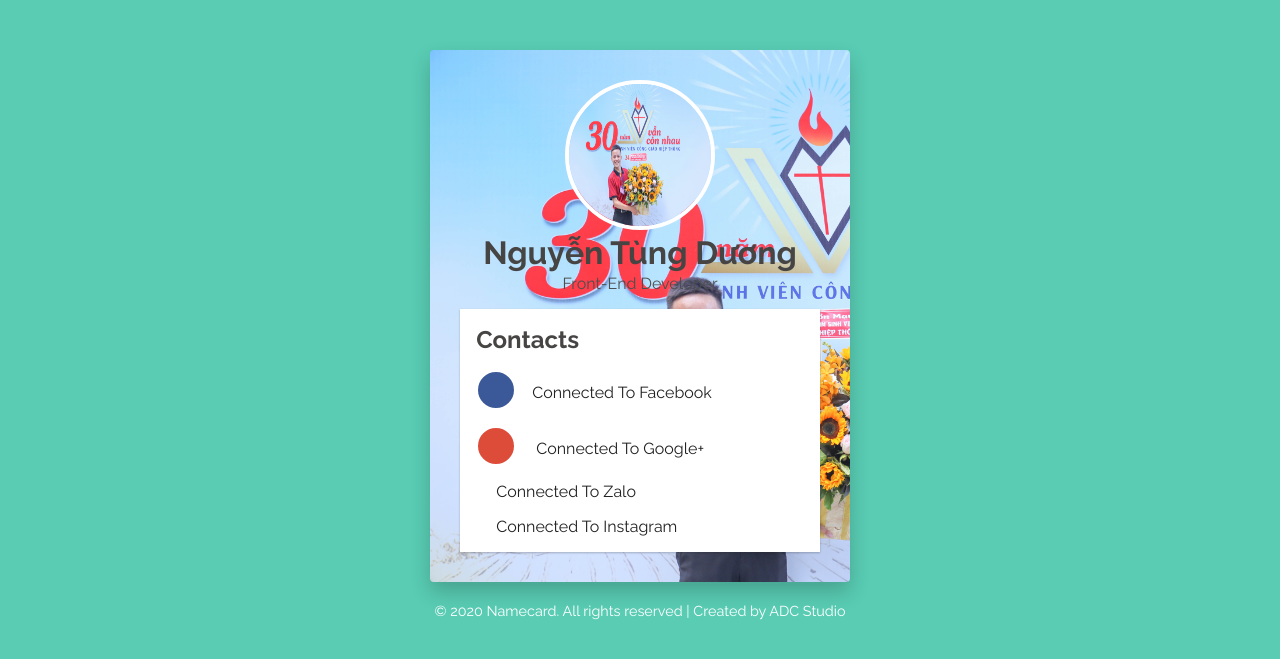
Repository: DuongTungNguyen0899/Card_Duong.github.io
Page: index.html
An editor plug-in stored every save of this project. The page is shown before and after the next save, followed by the edit.
The browser window is 1280 px wide. The pictures show the whole page.

Above is the page before, as saved 2021-06-27 17:17:42.

After the next save:
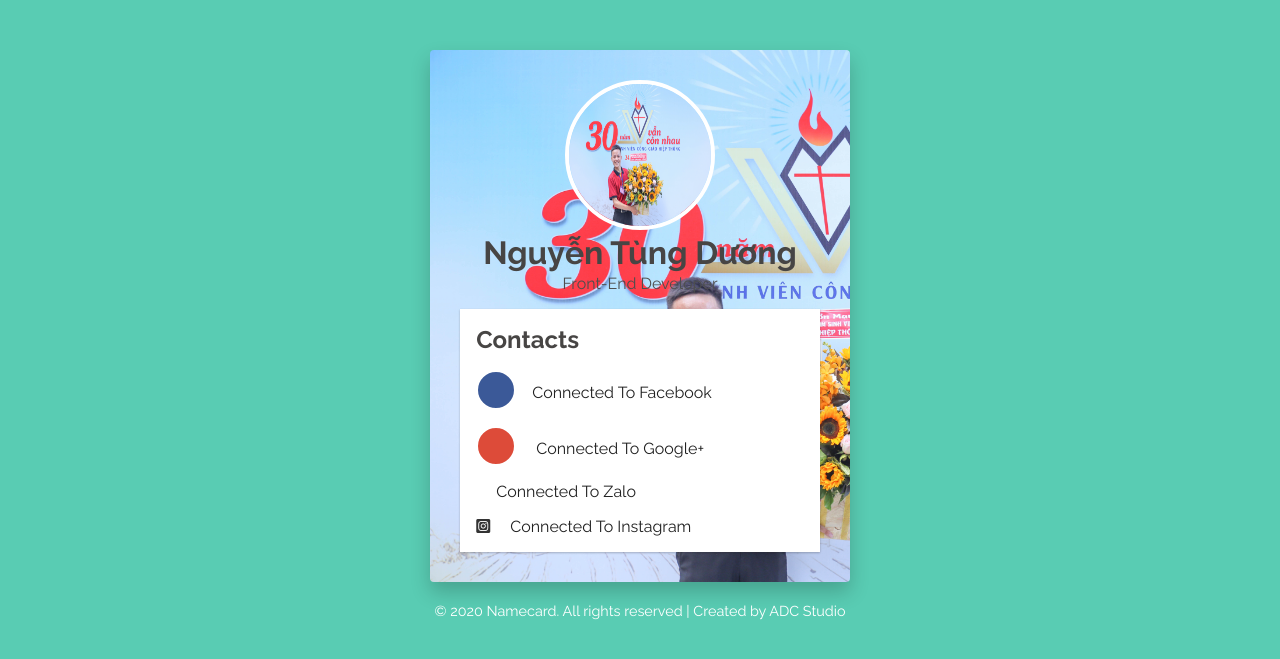
Saved 7 min 37 s later.
--- a/index.html
+++ b/index.html
@@ -40,7 +40,7 @@
 						<!-- <li><a href="#"><i class="fa fa-linkedin" aria-hidden="true"></i> <p>Connected To Linkedin</p></a></li> -->
                         <li><a href="#"><i class="fa fa-google-plus" aria-hidden="true"></i> <p>Connected To Google+</p></a></li>
                         <li><a href="#"><i class="fa fa-zalo" aria-hidden="true"></i> <p>Connected To Zalo</p></a></li>
-                        <li><a href="https://www.instagram.com/aaachuuchaa/"><i class="fa fa-insta" aria-hidden="true"></i> <p>Connected To Instagram</p></a></li>
+                        <li><a href="https://www.instagram.com/aaachuuchaa/"><i class="fab fa-instagram-square"></i> <p>Connected To Instagram</p></a></li>
 					</ul>
 				</div>
 			</div>
